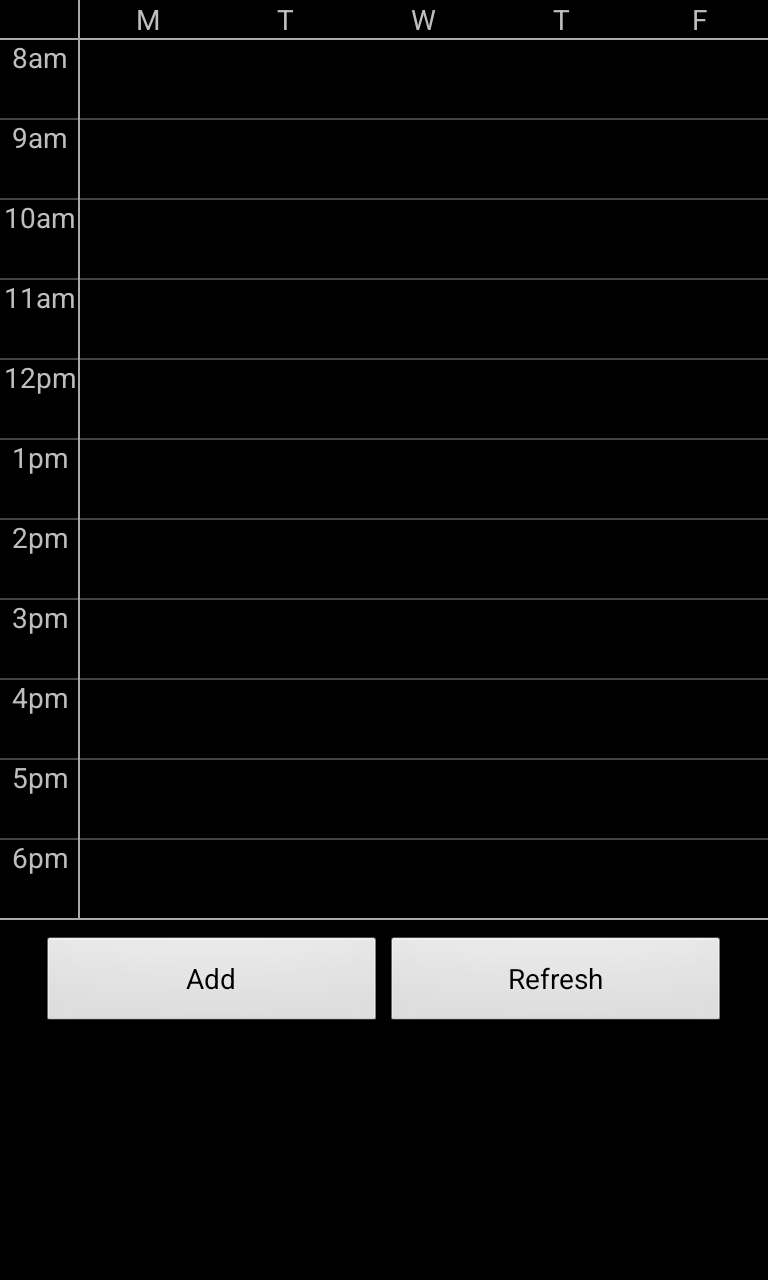
Repository: appsfactory/OfficeHours
Layout: OfficeHoursClient/res/layout/activity_schedule_view.xml
These files come from the project's save history. The layout is drawn as it stood at one moment and after the next save; the edit follows.
It is drawn on a 768 x 1280 px phone screen (xhdpi) without system bars, with theme AppTheme; the app's code is not run.

Above is the layout before, as saved 2012-10-05 17:46:28.

After the next save:
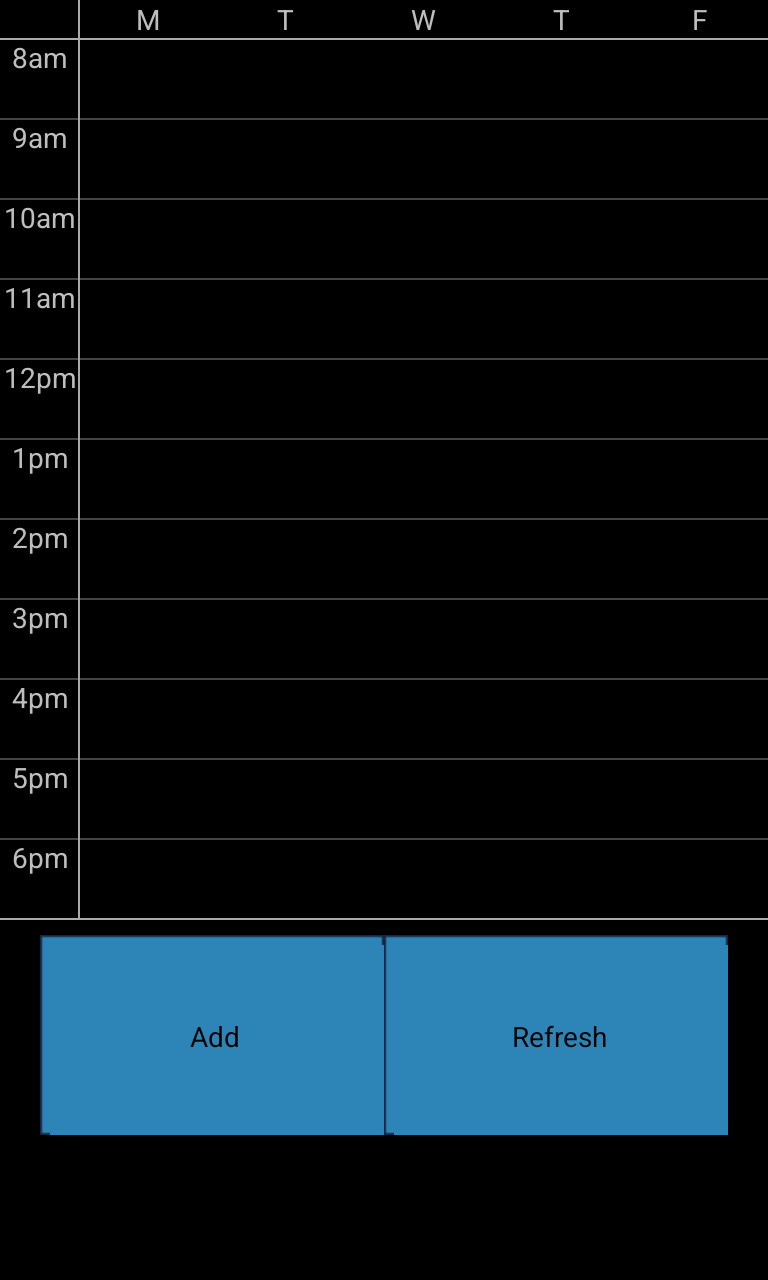
Saved 2 min 21 s later.
--- a/OfficeHoursClient/res/layout/activity_schedule_view.xml
+++ b/OfficeHoursClient/res/layout/activity_schedule_view.xml
@@ -304,14 +304,16 @@
             android:layout_height="fill_parent"
             android:layout_weight="1"
             android:text="Add"
-            android:onClick="addSchedule"/>
+            android:onClick="addSchedule"
+            android:background="@drawable/button_blue" />
         <Button
             android:id="@+id/refreshbutton"
             android:layout_width="0dp"
             android:layout_height="fill_parent"
             android:layout_weight="1"
             android:onClick="refreshSchedule"
-            android:text="Refresh" />
+            android:text="Refresh"
+            android:background="@drawable/button_blue" />
 
     </LinearLayout>
 
